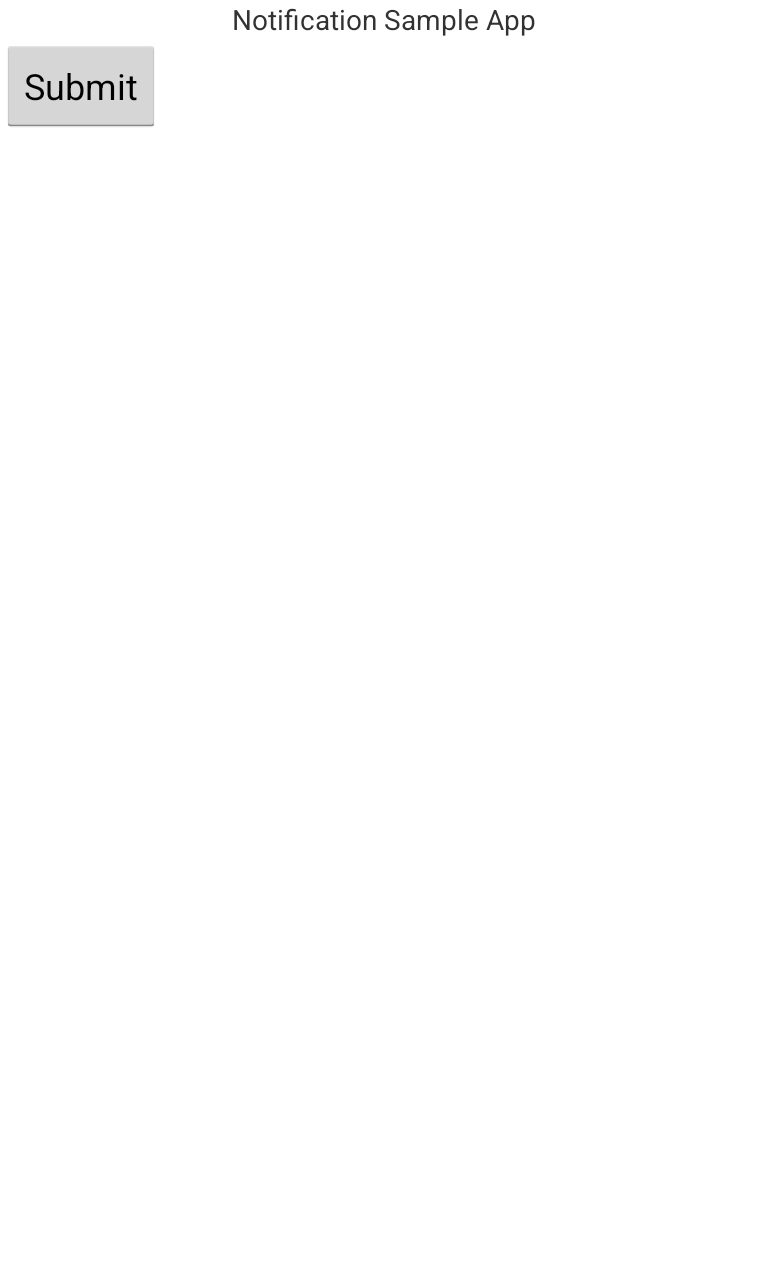
Repository: valleskeyp/Hive6Sample
Layout: NotificationSample/res/layout/activity_main.xml
The author's editor kept a copy of each file at every save. The layout is drawn from the files as they stood at one save, then again after the next save.
It is drawn on a 768 x 1280 px phone screen (xhdpi) without system bars, with theme AppTheme; the app's code is not run.

Above is the layout before, as saved 2014-01-14 18:13:27.

After the next save:
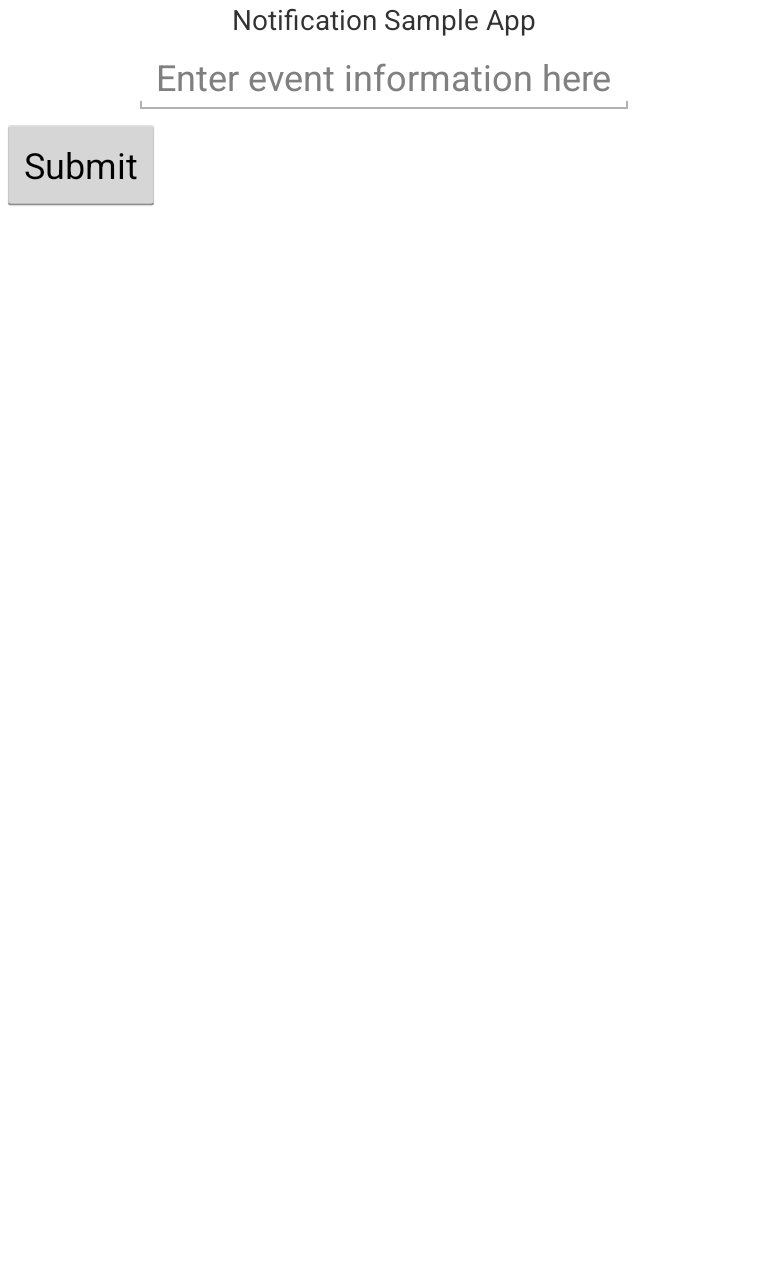
Saved 24 min 24 s later.
--- a/NotificationSample/res/layout/activity_main.xml
+++ b/NotificationSample/res/layout/activity_main.xml
@@ -11,6 +11,11 @@
         android:layout_height="wrap_content"
         android:layout_gravity="center_horizontal"
         android:text="Notification Sample App" />
+    <EditText
+        android:layout_width="wrap_content"
+        android:layout_height="wrap_content"
+        android:layout_gravity="center_horizontal"
+        android:hint="Enter event information here" />
     <Button
         android:id="@+id/submit"
         android:layout_width="wrap_content"
